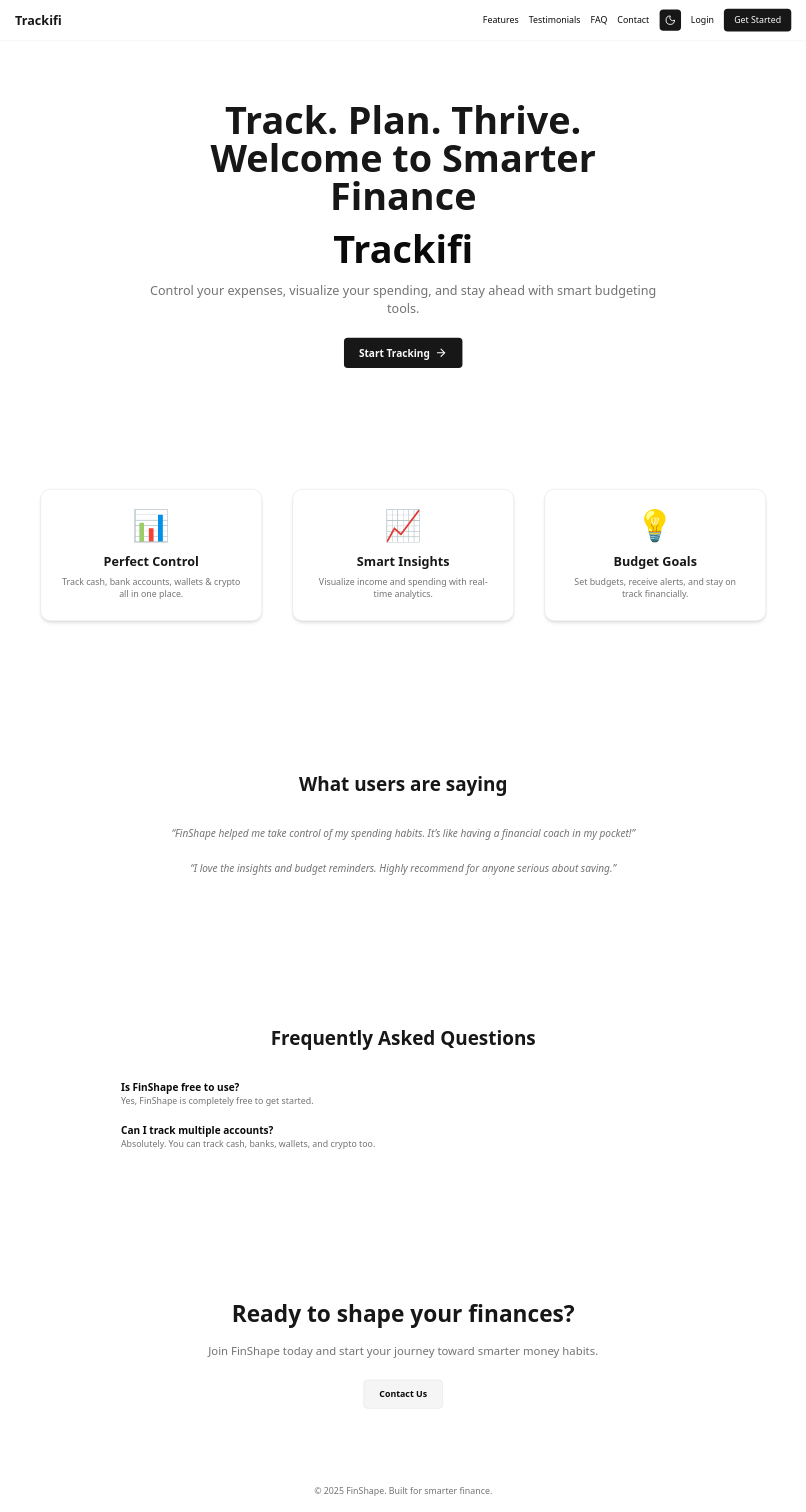
Repository: ruthvik-mt/Trackifi
Page: /categories (app in frontend/)
The author's editor kept a copy of each file at every save. The page is drawn from the files as they stood at one save, then again after a run of saves.
The browser window is 1280 px wide. The pictures show the whole page, at 63% of full size.
The project was rebuilt for these pictures with package versions that can differ from the ones it lists, and the page was loaded fresh each time. Also part of the build but not shown: frontend/vite.config.ts, frontend/src/components/FormInput.tsx, frontend/src/pages/Auth/Login.tsx, frontend/src/pages/Auth/Register.tsx, frontend/src/components/Sidebar.tsx, frontend/src/components/ThemeToggleButton.tsx, frontend/src/components/Navbar.tsx, frontend/src/pages/Dashboard/Layout.tsx and 20 more.

Above is the page before, as saved 2025-07-15 23:12:34.

After the next 4 saves:
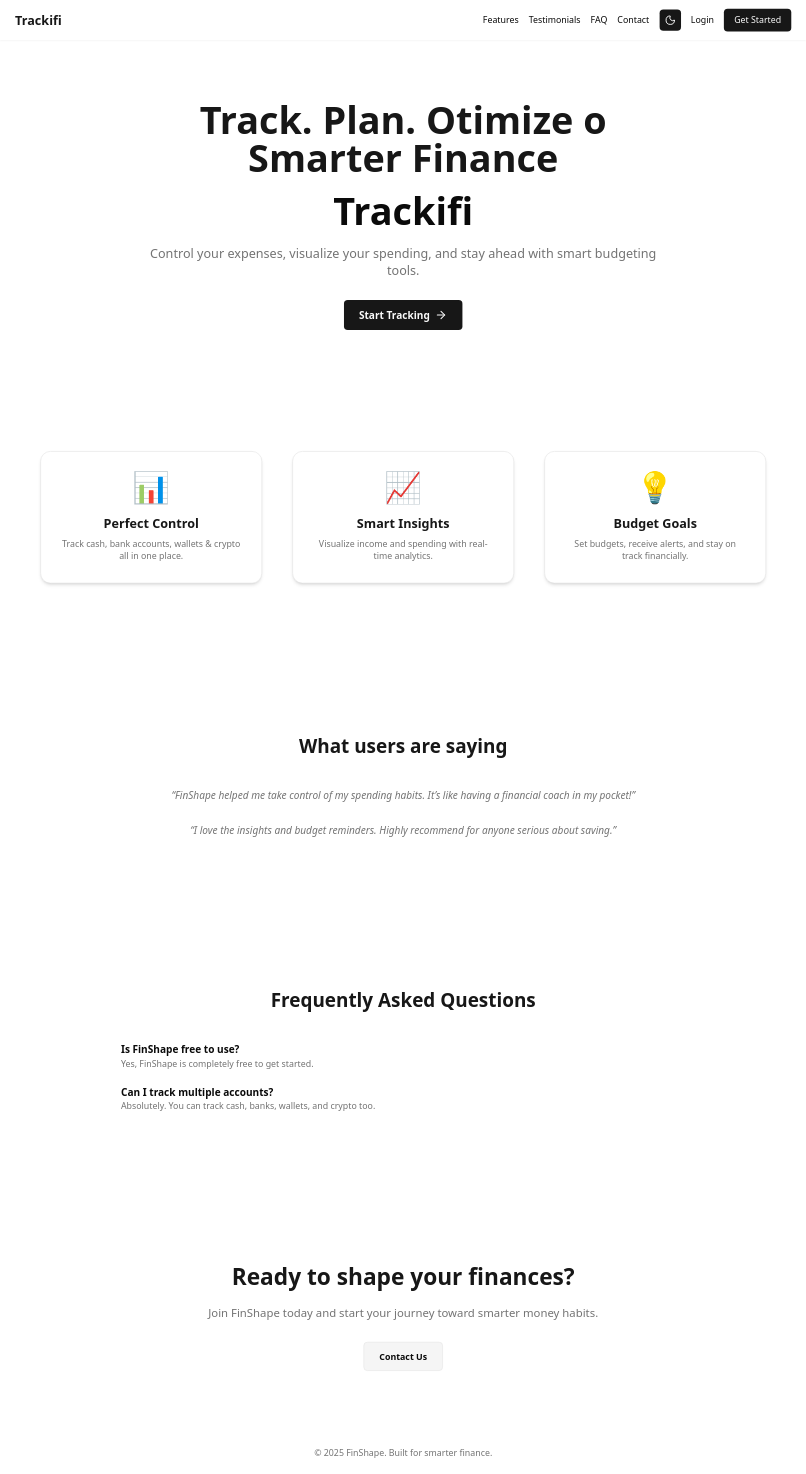
The 4 saves are shown as one change because they came seconds apart.
The last was saved 11 s later.
--- a/frontend/src/pages/LandingPage.tsx
+++ b/frontend/src/pages/LandingPage.tsx
@@ -62,7 +62,7 @@ export default function LandingPage() {
         transition={{ duration: 0.6 }}
       >
         <h1 className="text-5xl md:text-6xl font-extrabold leading-tight mb-6 text-primary">
-  Track. Plan. Thrive. Welcome to Smarter Finance
+  Track. Plan. Otimize    o Smarter Finance
 </h1>
 
 <h2 className="text-5xl md:text-6xl font-extrabold text-center leading-tight mb-6 xt-primary">
